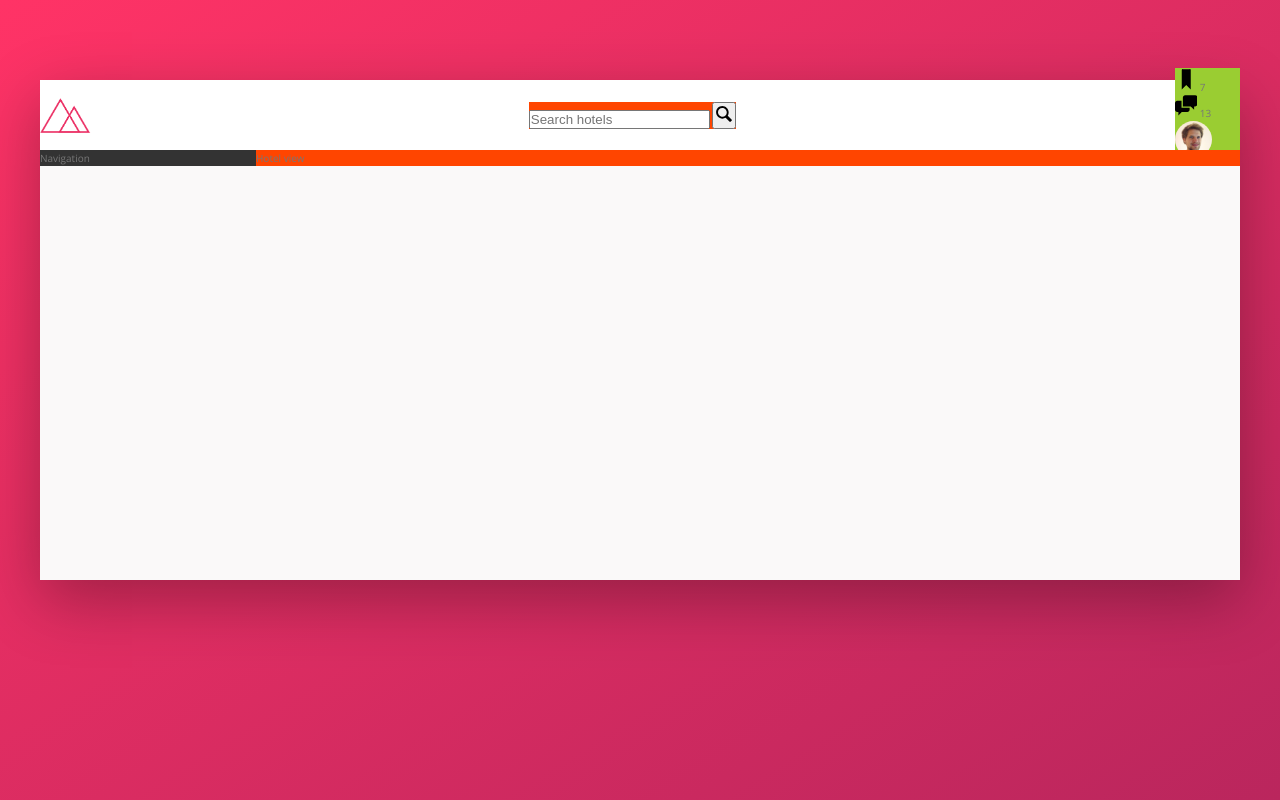
Repository: MalgorzataMazur/Trillo
Page: index.html
These files come from the project's save history. The page is drawn as it stood at one moment and after the next save; the edit follows.
The browser window is 1280 px wide. The pictures show the whole page.
The style sheet was rebuilt from its Sass, Less or Tailwind sources for each picture, by a compiler version that may differ from the author's.

Above is the page before, as saved 2020-03-26 11:40:18.

After the next save:
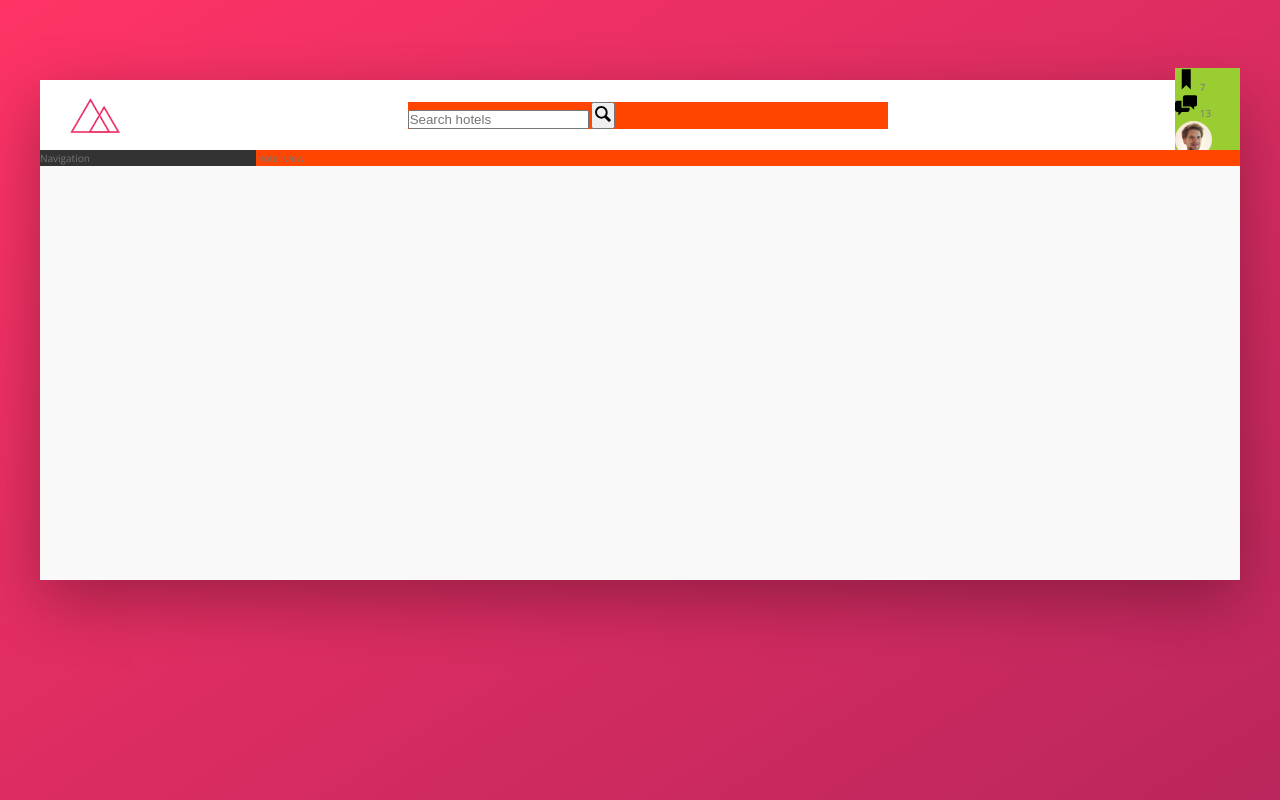
Saved 2 min 15 s later.
--- a/sass/_components.scss
+++ b/sass/_components.scss
@@ -2,6 +2,7 @@
 ////LOGO
 .logo {
     height: 3.5rem;
+    margin-left: 3rem;
 }
 
 
@@ -9,6 +10,7 @@
 ////SEARCH
 .search {
     background-color:orangered;
+    flex: 0 0 40%;;
     &__input {
 
     }
